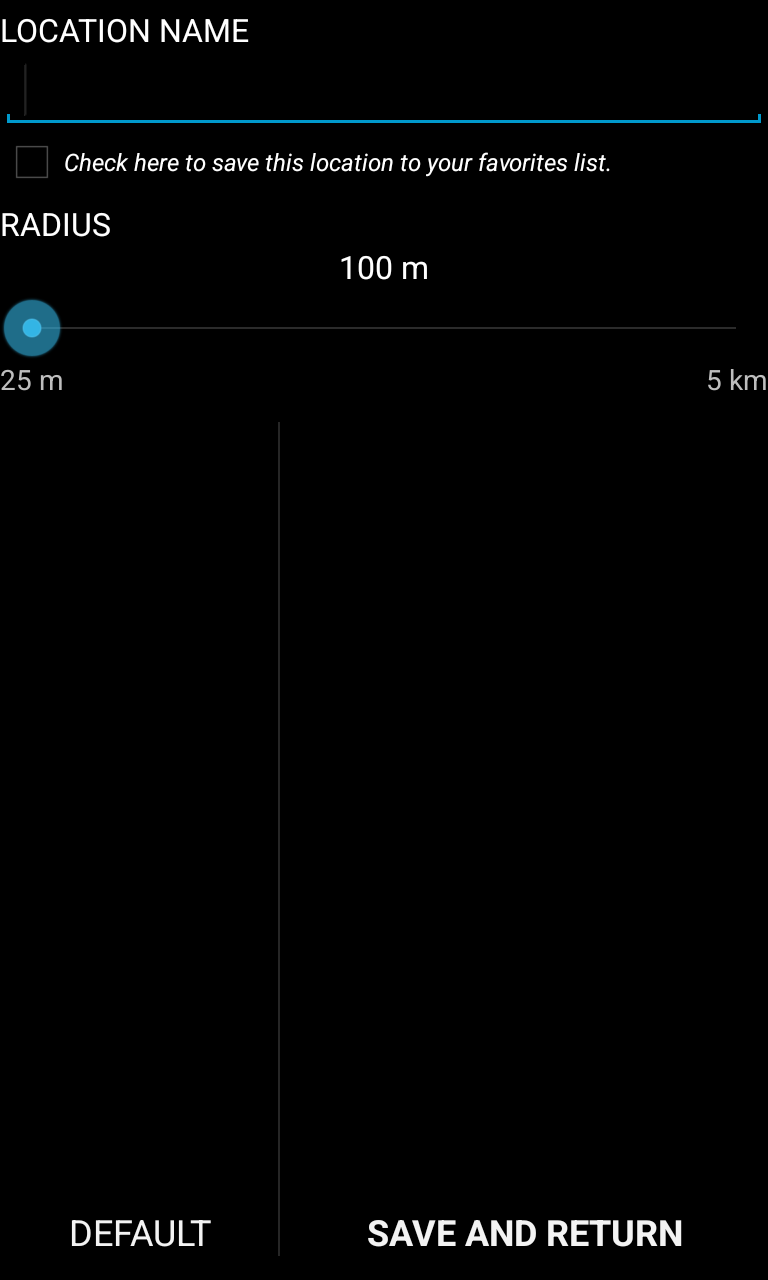
Repository: rpcarrig/memomap
Layout: MemoMapActivity/res/layout/fragment_newmemoloc.xml
An editor plug-in stored every save of this project. The layout is shown before and after the next save, followed by the edit.
It is drawn on a 768 x 1280 px phone screen (xhdpi) without system bars, with theme android:Theme.Holo; the app's code is not run.

Above is the layout before, as saved 2013-03-31 05:03:51.

### MemoMapActivity/res/layout/fragment_newmemoloc.xml
<RelativeLayout xmlns:android="http://schemas.android.com/apk/res/android"
    xmlns:tools="http://schemas.android.com/tools"
    android:id="@+id/RelativeLayout1"
    android:layout_width="match_parent"
    android:layout_height="match_parent"
    android:layout_alignParentTop="true"
    android:orientation="vertical" >

    <TextView
        android:id="@+id/TextView01"
        android:layout_width="match_parent"
        android:layout_height="wrap_content"
        android:layout_alignParentLeft="false"
        android:layout_alignParentTop="false"
        android:paddingTop="4dp"
        android:text="@string/location_name"
        android:textAllCaps="true"
        android:textAppearance="?android:attr/textAppearanceLarge"
        android:textColor="@android:color/white"
        android:textSize="16sp" />

    <EditText
        android:id="@+id/newMemoLocation"
        android:layout_width="match_parent"
        android:layout_height="wrap_content"
        android:layout_below="@+id/TextView01"
        android:layout_centerHorizontal="true"
        android:ems="10"
        android:inputType="textEmailSubject" >

        <requestFocus />
    </EditText>

    <LinearLayout
        android:id="@+id/buttonbarM"
        style="?android:attr/buttonBarStyle"
        android:layout_width="match_parent"
        android:layout_height="wrap_content"
        android:layout_alignParentBottom="true"
        android:layout_alignParentRight="false"
        android:layout_below="@+id/viewmemobody"
        android:gravity="bottom" >

        <Button
            android:id="@+id/button1"
            style="?android:attr/buttonBarButtonStyle"
            android:layout_width="0dp"
            android:layout_height="wrap_content"
            android:layout_weight="1"
		    android:onClick="defaultClick"
            android:text="@string/default_"
            android:textAllCaps="true" />

        <Button
            android:id="@+id/memoSaveButton"
            style="?android:attr/buttonBarButtonStyle"
            android:layout_width="0dp"
            android:layout_height="wrap_content"
            android:layout_weight="1.75"
            android:onClick="saveMemoClick"
            android:text="@string/save_and_return"
            android:textAllCaps="true"
            android:textStyle="bold" />

    </LinearLayout>

    <CheckBox
        android:id="@+id/checkbox"
        android:layout_width="match_parent"
        android:layout_height="wrap_content"
        android:layout_alignParentLeft="true"
        android:layout_below="@+id/newMemoLocation"
        android:text="@string/remember_loc"
        android:textSize="12sp"
        android:textStyle="italic" />

    <TextView
        android:id="@+id/tv_Radius"
        android:layout_width="match_parent"
        android:layout_height="wrap_content"
        android:layout_alignParentLeft="true"
        android:layout_below="@+id/checkbox"
        android:paddingTop="4dp"
        android:text="@string/radius"
        android:textAllCaps="true"
        android:textAppearance="?android:attr/textAppearanceLarge"
        android:textColor="@android:color/white"
        android:textSize="16sp" />

    <SeekBar
        android:id="@+id/seekBar1"
        android:layout_width="match_parent"
        android:layout_height="wrap_content"
        android:layout_alignParentLeft="true"
        android:layout_below="@+id/TextView02"
        android:max="975"
        android:minHeight="12dp"
        android:progress="0" />

    <TextView
        android:id="@+id/viewmemobody"
        android:layout_width="wrap_content"
        android:layout_height="wrap_content"
        android:layout_alignParentLeft="true"
        android:layout_below="@+id/seekBar1"
        android:text="@string/m"
        android:textAppearance="?android:attr/textAppearanceSmall" />

    <TextView
        android:id="@+id/viewloctext"
        android:layout_width="wrap_content"
        android:layout_height="wrap_content"
        android:layout_alignParentRight="true"
        android:layout_below="@+id/seekBar1"
        android:text="@string/k"
        android:textAppearance="?android:attr/textAppearanceSmall" />

    <TextView
        android:id="@+id/TextView02"
        android:layout_width="match_parent"
        android:layout_height="wrap_content"
        android:layout_alignParentLeft="true"
        android:layout_below="@+id/tv_Radius"
        android:gravity="center"
        android:paddingBottom="4dp"
        android:text="@string/mm"
        android:textAllCaps="false"
        android:textAppearance="?android:attr/textAppearanceLarge"
        android:textColor="@android:color/white"
        android:textSize="16sp" />

</RelativeLayout>

### MemoMapActivity/res/values/strings.xml
<?xml version="1.0" encoding="utf-8"?>
<resources>

    <string name="m">25 m</string>
    <string name="mm">100 m</string>
    <string name="k">5 km</string>
    <string name="add_fave">Add Favorite</string>
    <string name="app_name">MemoMap</string>
    <string name="app_version">Alpha v0.39 (23 Mar 2013)</string>
    <string name="address">Address</string>
    <string name="address_hint">Enter an address</string>
    <string name="body">Body</string>
	<string name="body_hint">Compose your memo here.</string>
	<string name="cancel">Cancel</string>
	<string name="choose_fave">Favorite Places</string>
    <string name="continue_">Continue</string>
    <string name="create_here">Use My Location</string>
    <string name="create_memo">Create Memo</string>
    <string name="create_memo_msg">Where would you like to set this memo?</string>
    <string name="default_">Default</string>
    <string name="default_rad">Default Radius</string>
    <string name="delete_memo">Delete Memo</string>
    <string name="edit">Edit Memo</string>
    <string name="explain">The memo\'s radius determines that maximum distance you can be from a memo in order to be reminded. The smaller the radius, the closer you must approach the set location before the notification appears.</string>
    <string name="favorites">Favorites</string>
    <string name="hello_world">Hello world!</string>
    <string name="latitude">Latitude</string>
    <string name="less_than">&lt;</string>
    <string name="location_name">Location Name</string>
    <string name="longitude">Longitude</string>
    <string name="main_menu">Main Menu</string>
    <string name="memo">Memo</string>
    <string name="memo_title">Memo Title</string>
    <string name="nullstring">null</string>
    <string name="my_memos">My Memos</string>
    <string name="menu_settings">Settings</string>
    <string name="ok">OK</string>
    <string name="radius">Radius</string>
    <string name="radius_a">25m</string>
    <string name="radius_b">50m</string>
    <string name="radius_c">100m</string>
    <string name="radius_info">What does this mean?</string>
    <string name="remember_loc">Check here to save this location to your favorites list.</string>
    <string name="reset_view">Reset View</string>
    <string name="save">Save Memo</string>
    <string name="save_and_return">Save and Return</string>
    <string name="saved_memos">Saved Memos</string>
    <string name="search">Search</string>
    <string name="search_addr">Search by Address</string>
    <string name="service_name">MemoMap Location Service</string>
    <string name="settings">Settings</string>
    <string name="title">Title</string>
    <string name="view_faves">Favorite Places</string>
    <string name="view_memos">View Memos</string>

</resources>

After the next save:
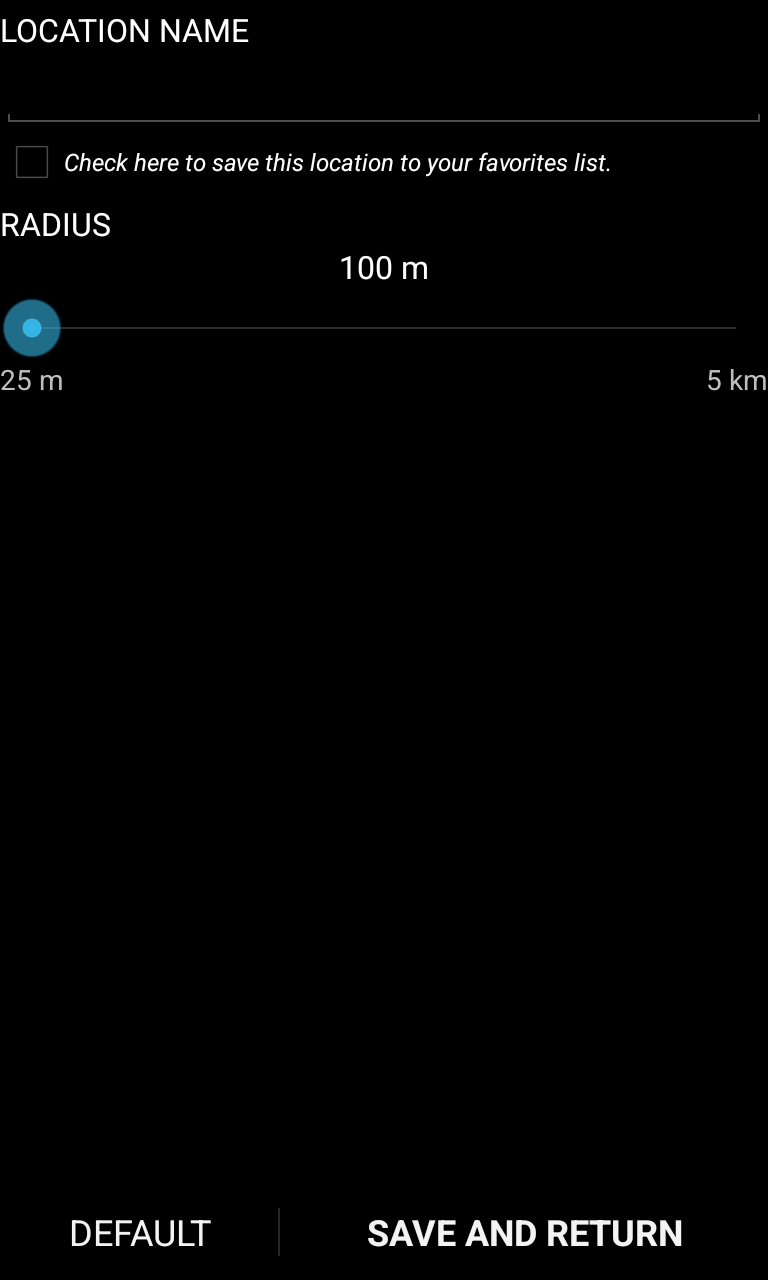
Saved 83 s later.
--- a/MemoMapActivity/res/layout/fragment_newmemoloc.xml
+++ b/MemoMapActivity/res/layout/fragment_newmemoloc.xml
@@ -7,7 +7,7 @@
     android:orientation="vertical" >
 
     <TextView
-        android:id="@+id/TextView01"
+        android:id="@+id/view_radius"
         android:layout_width="match_parent"
         android:layout_height="wrap_content"
         android:layout_alignParentLeft="false"
@@ -23,12 +23,10 @@
         android:id="@+id/newMemoLocation"
         android:layout_width="match_parent"
         android:layout_height="wrap_content"
-        android:layout_below="@+id/TextView01"
+        android:layout_below="@+id/view_radius"
         android:layout_centerHorizontal="true"
         android:ems="10"
         android:inputType="textEmailSubject" >
-
-        <requestFocus />
     </EditText>
 
     <LinearLayout
@@ -38,7 +36,6 @@
         android:layout_height="wrap_content"
         android:layout_alignParentBottom="true"
         android:layout_alignParentRight="false"
-        android:layout_below="@+id/viewmemobody"
         android:gravity="bottom" >
 
         <Button
@@ -75,7 +72,7 @@
         android:textStyle="italic" />
 
     <TextView
-        android:id="@+id/tv_Radius"
+        android:id="@+id/tv_Date"
         android:layout_width="match_parent"
         android:layout_height="wrap_content"
         android:layout_alignParentLeft="true"
@@ -120,7 +117,7 @@
         android:layout_width="match_parent"
         android:layout_height="wrap_content"
         android:layout_alignParentLeft="true"
-        android:layout_below="@+id/tv_Radius"
+        android:layout_below="@+id/tv_Date"
         android:gravity="center"
         android:paddingBottom="4dp"
         android:text="@string/mm"
